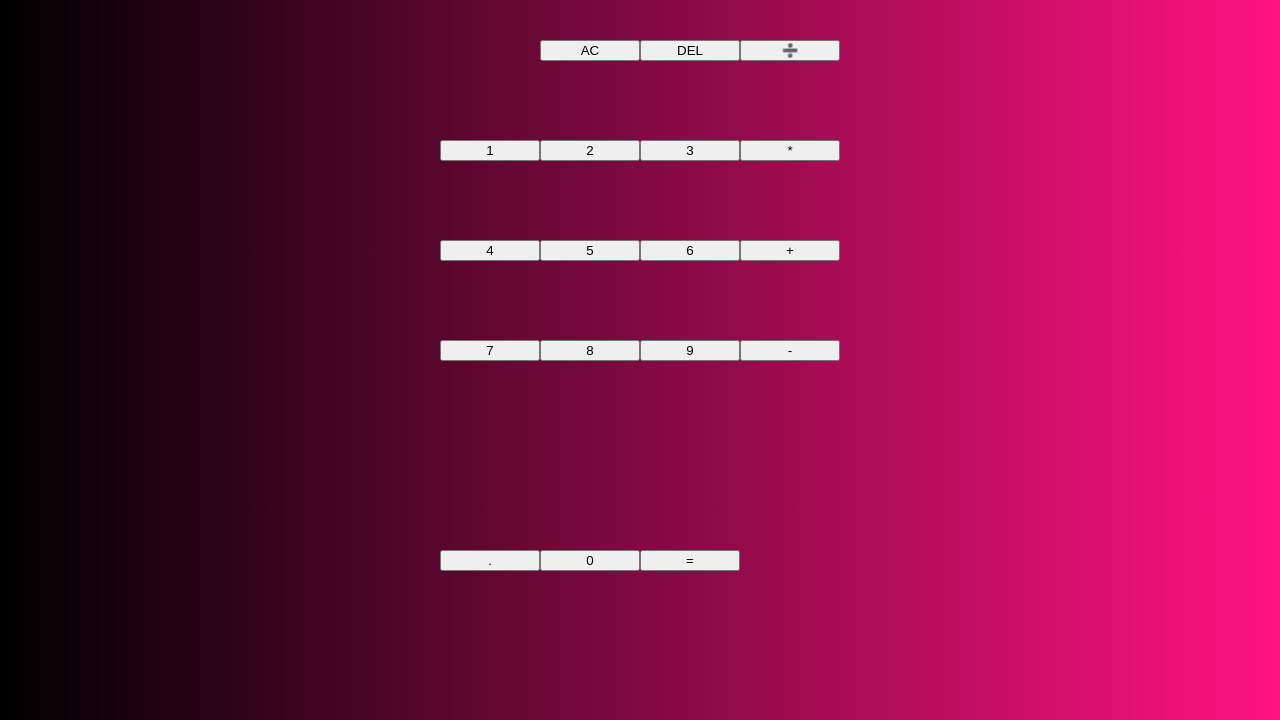
Repository: burntaftermint/calculator
Page: index.html
The author's editor kept a copy of each file at every save. The page is drawn from the files as they stood at one save, then again after the next save.
The browser window is 1280 px wide. The pictures show the whole page.

Above is the page before, as saved 2023-11-01 02:29:50.

After the next save:
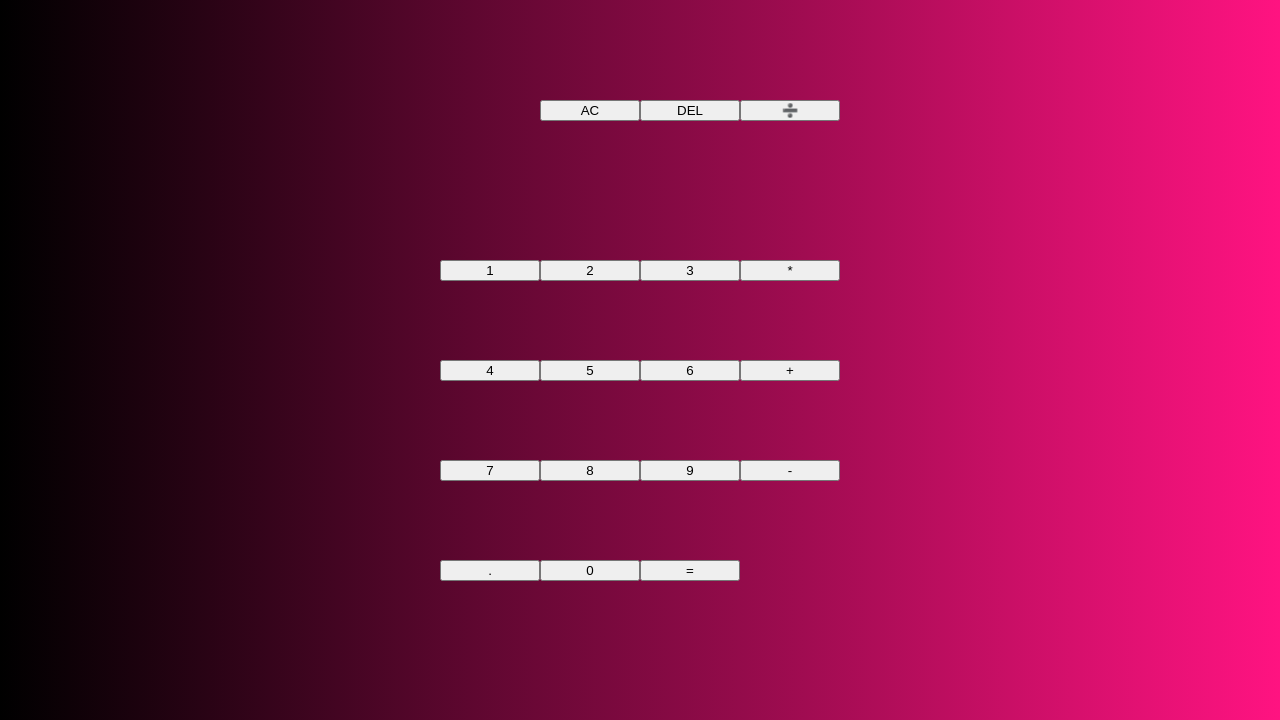
Saved 78 s later.
--- a/styles.css
+++ b/styles.css
@@ -16,5 +16,5 @@ body {
     align-items: center;
     min-height: 100vh;
     grid-template-columns: repeat(4, 100px);
-    grid-template-rows: repeat(4, 100px);
+    grid-template-rows: minmax(120px, auto) repeat(5, 100px);
 }
